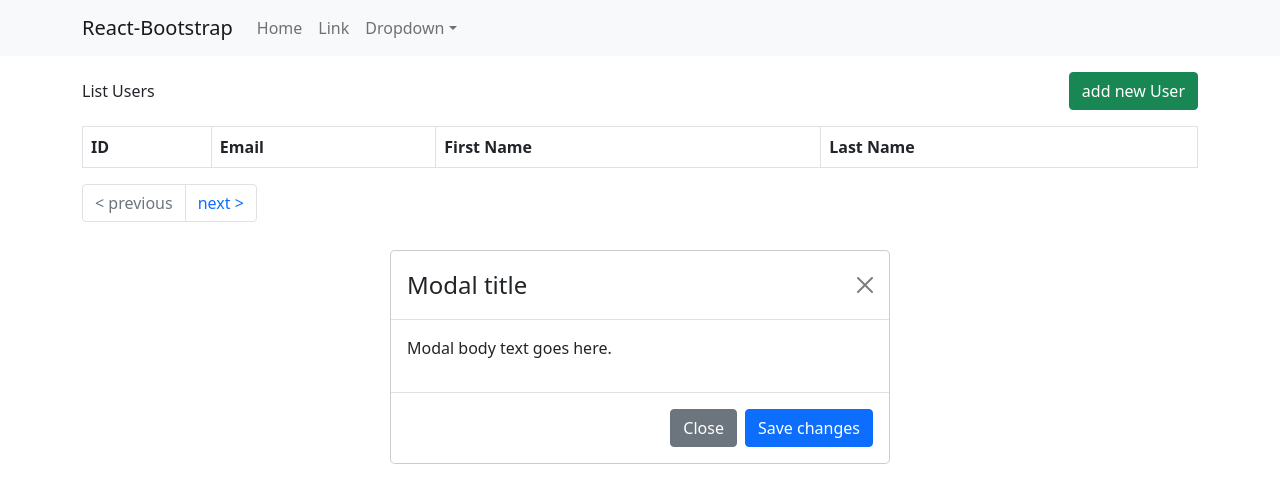
Repository: hieuche123/practice-reactjs
Page: /
The author's editor kept a copy of each file at every save. The page is drawn from the files as they stood at one save, then again after the next save.
The browser window is 1280 px wide. The pictures show the whole page.
The page's requests for data from a server got no answer. The project was rebuilt for these pictures with package versions that can differ from the ones it lists, and the page was loaded fresh each time. No one was signed in, and anything a server would have sent is missing.

Above is the page before, as saved 2023-03-21 21:49:55.

### src/index.js
import React from 'react';
import ReactDOM from 'react-dom';
import App from './App';
import 'bootstrap/dist/css/bootstrap.min.css';

ReactDOM.render(
  <React.StrictMode>
    <App />
  </React.StrictMode>,
  document.getElementById('root')
);

// If you want to start measuring performance in your app, pass a function
// to log results (for example: reportWebVitals(console.log))
// or send to an analytics endpoint. Learn more: https://bit.ly/CRA-vitals

### src/App.js

import { Container } from 'react-bootstrap';
import './App.scss';
import Header from './components/Header';
import ModalAddNew from './components/ModalAddNew';
import TableUsers from './components/TableUsers';

function App() {
  return (
    <div className="app-container">
      <Header/>
      <Container>
        <div className='add-new my-3'>
         <span> List Users</span>
          <button className='btn btn-success'>add new User</button>
        </div>
        <TableUsers/>
      </Container>

      <ModalAddNew/>
    </div>
  );
}

export default App;

### src/App.scss
body {
  margin: 0;
  font-family: -apple-system, BlinkMacSystemFont, 'Segoe UI', 'Roboto', 'Oxygen',
    'Ubuntu', 'Cantarell', 'Fira Sans', 'Droid Sans', 'Helvetica Neue',
    sans-serif;
  -webkit-font-smoothing: antialiased;
  -moz-osx-font-smoothing: grayscale;
}

code {
  font-family: source-code-pro, Menlo, Monaco, Consolas, 'Courier New',
    monospace;
}

.add-new {
  display: flex;
  align-items: center;
  justify-content: space-between;
}

### src/components/Header.js
import Container from 'react-bootstrap/Container';
import Nav from 'react-bootstrap/Nav';
import Navbar from 'react-bootstrap/Navbar';
import NavDropdown from 'react-bootstrap/NavDropdown';
function Header() {
    return (
        <>
            <Navbar bg="light" expand="lg">
                <Container>
                    <Navbar.Brand href="#home">React-Bootstrap</Navbar.Brand>
                    <Navbar.Toggle aria-controls="basic-navbar-nav" />
                    <Navbar.Collapse id="basic-navbar-nav">
                    <Nav className="me-auto">
                        <Nav.Link href="#home">Home</Nav.Link>
                        <Nav.Link href="#link">Link</Nav.Link>
                        <NavDropdown title="Dropdown" id="basic-nav-dropdown">
                        <NavDropdown.Item href="#action/3.1">Action</NavDropdown.Item>
                        <NavDropdown.Item href="#action/3.2">
                            Another action
                        </NavDropdown.Item>
                        <NavDropdown.Item href="#action/3.3">Something</NavDropdown.Item>
                        <NavDropdown.Divider />
                        <NavDropdown.Item href="#action/3.4">
                            Separated link
                        </NavDropdown.Item>
                        </NavDropdown>
                    </Nav>
                    </Navbar.Collapse>
                </Container>
            </Navbar>
        </>
    );
}

export default Header;

### src/components/ModalAddNew.js
import Button from 'react-bootstrap/Button';
import Modal from 'react-bootstrap/Modal';
import { Container } from 'react-bootstrap';

function ModalAddNew() {

  return (
    <div>
      <Modal.Dialog>
        <Modal.Header closeButton>
          <Modal.Title>Modal title</Modal.Title>
        </Modal.Header>

        <Modal.Body>
          <p>Modal body text goes here.</p>
        </Modal.Body>

        <Modal.Footer>
          <Button variant="secondary">Close</Button>
          <Button variant="primary">Save changes</Button>
        </Modal.Footer>
      </Modal.Dialog>
    </div>
  );
}

export default ModalAddNew;

### src/components/TableUsers.js
import axios from 'axios';
import { useEffect, useState } from 'react';
import Table from 'react-bootstrap/Table';
import {fetchAllUser} from '../sevices/UserSevice'
import ReactPaginate from 'react-paginate';
function TableUsers(props) {
    const [listUsers, setListUsers] = useState([]);
    const [totalUsers, setTotalUsers] = useState(0);
    const [totalPages, setTotalPages] = useState(0);

    useEffect(()=> {
        getUsers(1);
    },[])

    const getUsers = async(page) => {
        let res = await fetchAllUser(page);
        if(res && res.data) {
            setListUsers(res.data);
            setTotalUsers(res.total);
            setTotalPages(res.total_pages);
            console.log(res.data)
        }
        console.log(res)
    }

    const handlePageClick = (event) => {
        getUsers(+event.selected + 1);

      };

    return (
        <>
            <Table striped bordered hover>
                <thead>
                    <tr>
                    <th>ID</th>
                    <th>Email</th>
                    <th>First Name</th>
                    <th>Last Name</th>
                    </tr>
                </thead>
                <tbody>
                    {listUsers && listUsers.length > 0 &&
                        listUsers.map((item, index) => {
                            return (
                                <tr key={item.id}>
                                    <th>{item.id}</th>
                                    <th>{item.email}</th>
                                    <th>{item.first_name}</th>
                                    <th>{item.last_name}</th>
                                </tr>
                            )
                        })

                    }
                </tbody>
            </Table>
            <ReactPaginate
                breakLabel="..."
                nextLabel="next >"
                onPageChange={handlePageClick}
                pageRangeDisplayed={5}
                pageCount={totalPages}
                previousLabel="< previous"

                pageClassName='page-item'
                pageLinkClassName='page-link'
                previousClassName='page-item'
                previousLinkClassName='page-link'
                nextClassName='page-item'
                nextLinkClassName='page-link'
                breakClassName='page-item'
                breakLinkClassName='page-link'
                containerClassName='pagination'
                activeClassName='active'
            />


        </>
    );
}

export default TableUsers;

### src/sevices/UserSevice.js
import axios from './CustomizeAxios';

const fetchAllUser = (page) => {
    return axios.get(`/api/users?page=${page}`)
}



export {fetchAllUser};

### src/sevices/CustomizeAxios.js
import axios from "axios";

const instance = axios.create({
    baseURL: 'https://reqres.in'
})

// Add a response interceptor
instance.interceptors.response.use(function (response) {
    // Any status code that lie within the range of 2xx cause this function to trigger
    // Do something with response data
    return response.data;
  }, function (error) {
    // Any status codes that falls outside the range of 2xx cause this function to trigger
    // Do something with response error
    return Promise.reject(error);
  });
export default instance;

Loaded but not shown: public/index.html (common file)

After the next save:
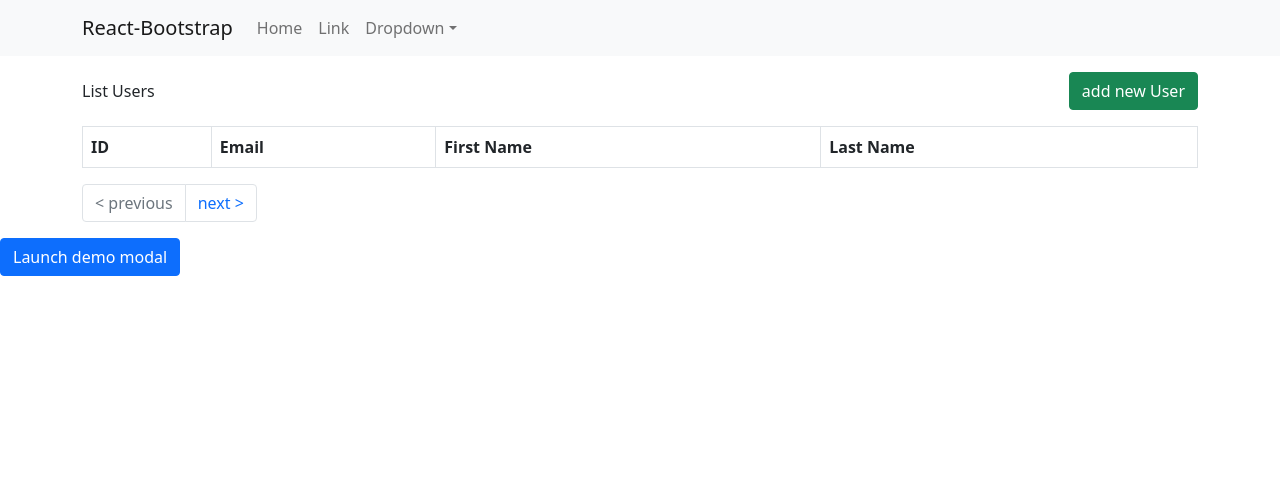
Saved 77 s later.
--- a/src/components/ModalAddNew.js
+++ b/src/components/ModalAddNew.js
@@ -1,26 +1,34 @@
+import React, { useState } from 'react';
 import Button from 'react-bootstrap/Button';
 import Modal from 'react-bootstrap/Modal';
-import { Container } from 'react-bootstrap';
 
 function ModalAddNew() {
+  const [show, setShow] = useState(false);
+
+  const handleClose = () => setShow(false);
+  const handleShow = () => setShow(true);
 
   return (
-    <div>
-      <Modal.Dialog>
+    <>
+      <Button variant="primary" onClick={handleShow}>
+        Launch demo modal
+      </Button>
+
+      <Modal show={show} onHide={handleClose}>
         <Modal.Header closeButton>
-          <Modal.Title>Modal title</Modal.Title>
+          <Modal.Title>Modal heading</Modal.Title>
         </Modal.Header>
-
-        <Modal.Body>
-          <p>Modal body text goes here.</p>
-        </Modal.Body>
-
+        <Modal.Body>Woohoo, you're reading this text in a modal!</Modal.Body>
         <Modal.Footer>
-          <Button variant="secondary">Close</Button>
-          <Button variant="primary">Save changes</Button>
+          <Button variant="secondary" onClick={handleClose}>
+            Close
+          </Button>
+          <Button variant="primary" onClick={handleClose}>
+            Save Changes
+          </Button>
         </Modal.Footer>
-      </Modal.Dialog>
-    </div>
+      </Modal>
+    </>
   );
 }
 
